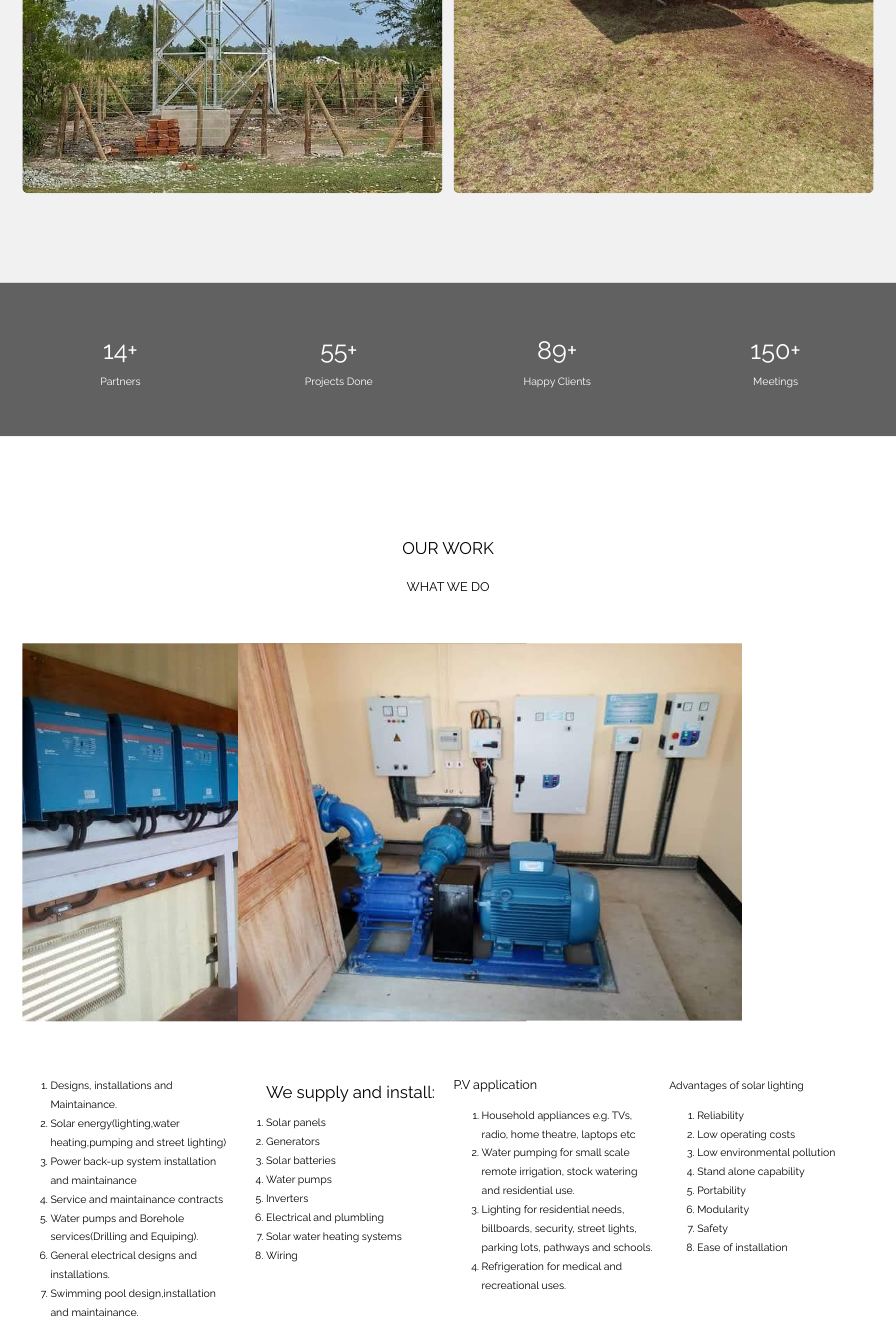
Repository: peterclermy232/LAZCOM
Page: index.html
An editor plug-in stored every save of this project. The page is shown before and after a run of saves, followed by the edit.
The browser window is 1280 px wide. The pictures show the part of the page from y = 3150 to 5050 px (the page is 7470 px tall before and 7497 px after), at 70% of full size.
A picture or video elsewhere on the page could not be fetched, so the positions and the page height are approximate.

Above is the page before, as saved 2022-06-23 08:26:17.

After the next 4 saves:
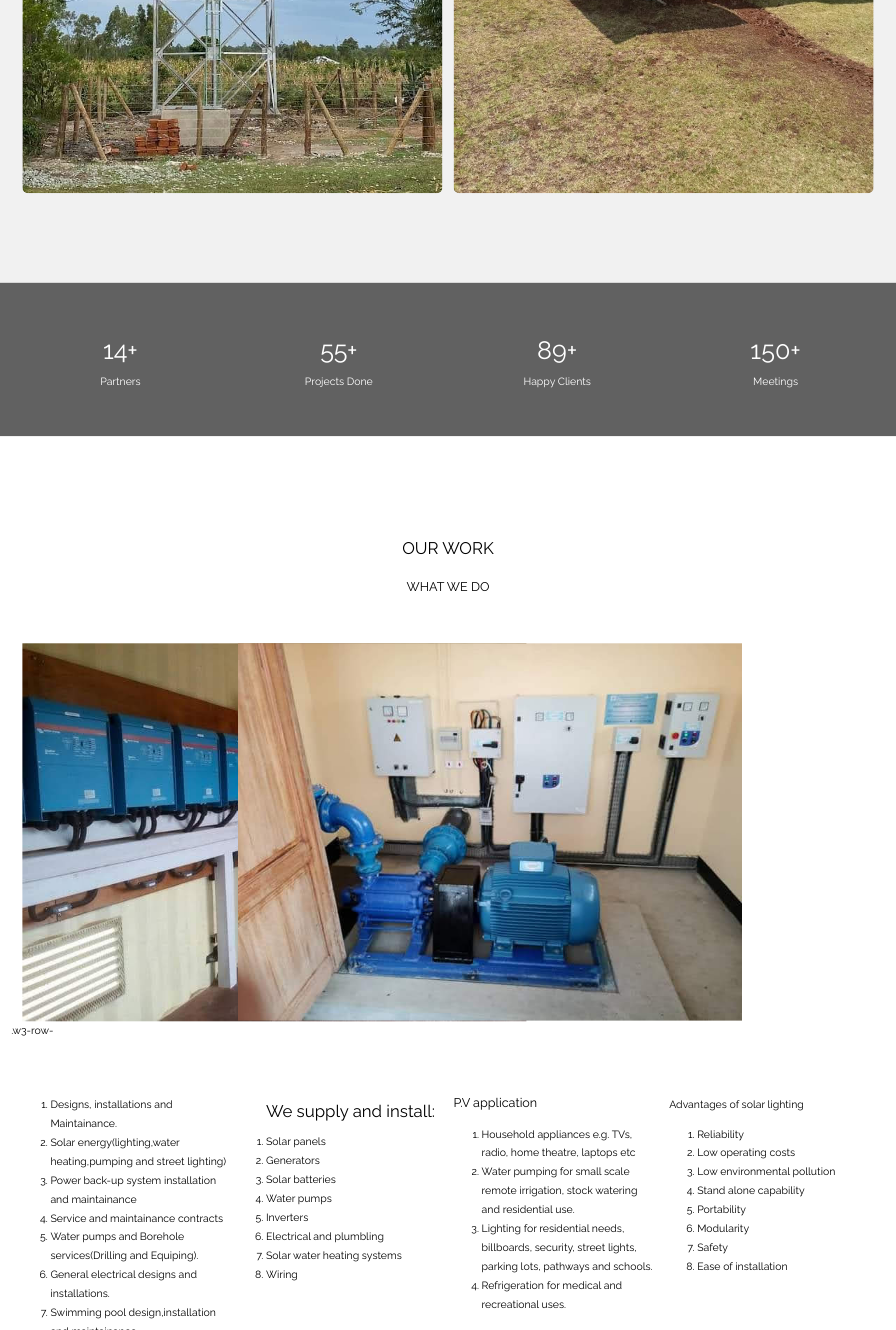
The 4 saves are shown as one change because they came seconds apart.
The last was saved 12 s later.
--- a/index.html
+++ b/index.html
@@ -204,7 +204,7 @@
       </div>
     </div>
   </div>
-
+  .w3-row-
 
   <div class="w3-row-padding" style="margin-top:64px">
     <div class="w3-col l3 m6">

After the 2 saves that followed:
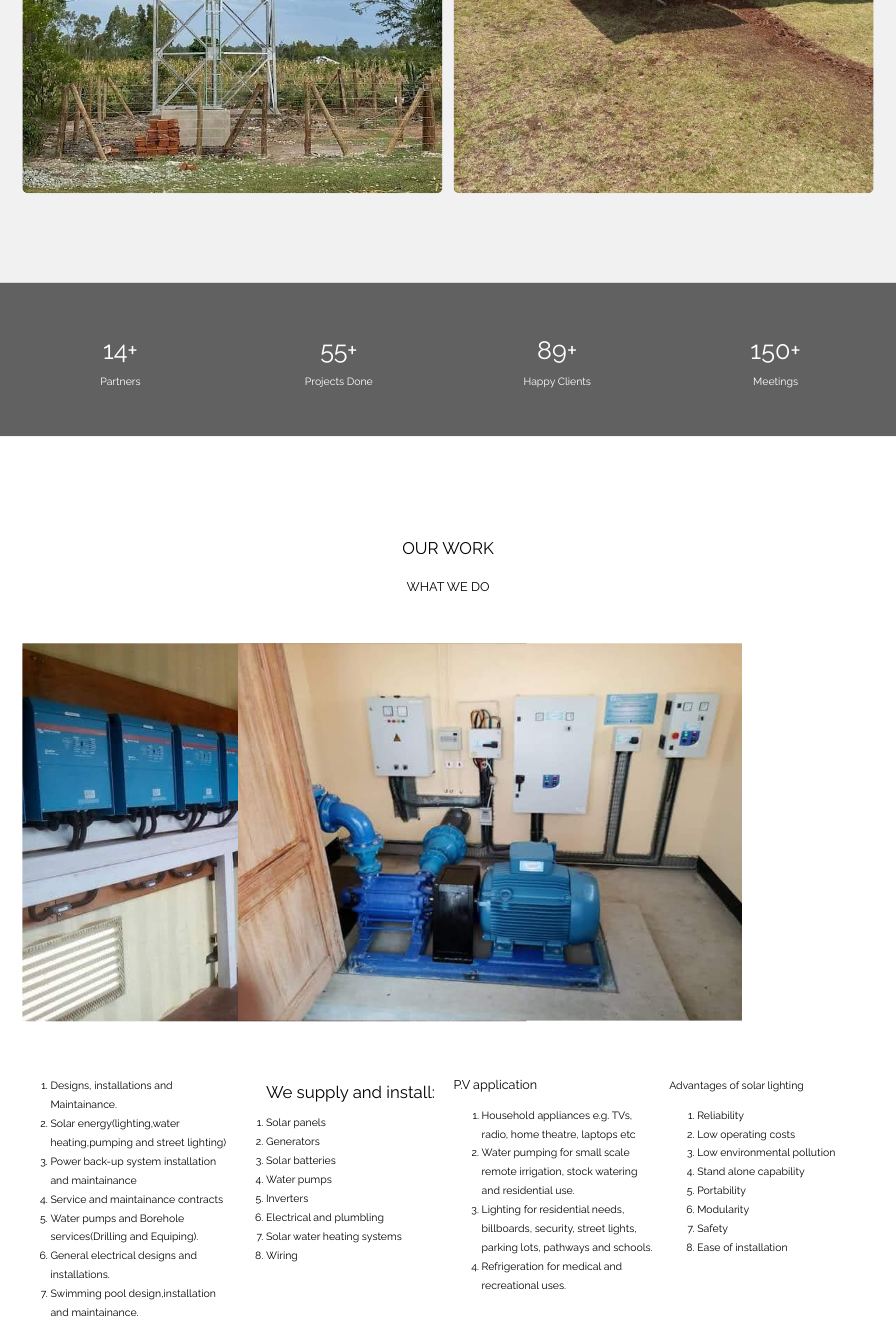
The 2 saves are shown as one change because they came seconds apart.
The last was saved 7 s later.
--- a/index.html
+++ b/index.html
@@ -204,7 +204,7 @@
       </div>
     </div>
   </div>
-  .w3-row-
+  <div class="w3-row-padding"></div>
 
   <div class="w3-row-padding" style="margin-top:64px">
     <div class="w3-col l3 m6">
